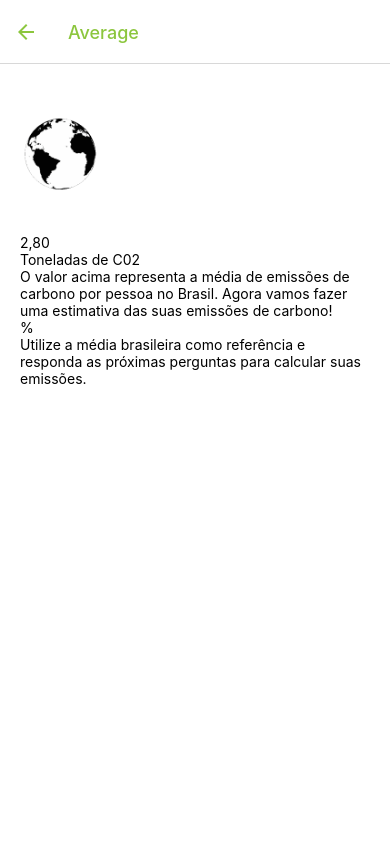
Repository: Yowani24/React_Native_App
Screen: /AverageEmission
The author's editor kept a copy of each file at every save. The screen is drawn from the files as they stood at one save, then again after the next save.
The app was drawn by React Native's web renderer in a window 390 px wide. The project was rebuilt for these pictures with package versions that can differ from the ones it lists, and the page was loaded fresh each time. Also part of the build but not shown: views/countryselect/CountrySelect.js.

Above is the screen before, as saved 2021-10-17 21:39:30.

### App.js
import React from 'react';
import { NavigationContainer } from '@react-navigation/native';
import { createNativeStackNavigator } from '@react-navigation/native-stack';

// =================screens=========================
import StartPage from './views/startpage/StartPage';
import CountrySelect from './views/countryselect/CountrySelect'
import AverageEmission from './views/average emission/AverageEmission';



const Stack = createNativeStackNavigator();

export default function App() {
  return (
    <NavigationContainer>
      <Stack.Navigator>
        <Stack.Screen name="Home" component={StartPage} options={{headerShown: false, headerTintColor:'red'}}/>
        <Stack.Screen name="Countryselect" component={CountrySelect} options={{headerTintColor:'#8cc63e', title: '', headerStyle:{headerTransparent: true}}} />
        <Stack.Screen name="AverageEmission" component={AverageEmission} options={{headerTintColor:'#8cc63e', title: 'Average', headerStyle:{headerTransparent: true}}} />
      </Stack.Navigator>
    </NavigationContainer>
  );
}

### views/startpage/StartPage.js
import { StatusBar } from 'expo-status-bar';
import React from 'react';
import { StyleSheet, Text, View, ImageBackground, Image, SafeAreaView, TouchableOpacity } from 'react-native';
const bg = require('./images/nature.jpg');
const globeima = require('./images/globe.gif');

export default function StartPage({ navigation }) {
  return (
    <SafeAreaView style={styles.container}>
      <ImageBackground source={bg} style={styles.wrapper}>
        <View style={styles.logo_box}>
          <Image style={styles.logo} source={globeima}/>
        </View>
        <Text style={styles.text}>Contribua para o {"\n"} meio ambiente agora</Text>
        <View style={styles.texts_box}>
          <Text style={styles.text2}>Calcule e compense sua pegada de carbono.</Text>
          <Text style={styles.text3}>Tome medidas climáticas imediats.</Text>
        </View>
        <View style={styles.continuar_btn_box}>
          <TouchableOpacity onPress={() => navigation.navigate('Countryselect')} style={styles.continuar_touch_box}>
            <Text style={styles.continuar_btn}>Continuar</Text>
          </TouchableOpacity>
        </View>
        <TouchableOpacity style={styles.pular_btn_box}>
          <Text style={styles.pular_btn_text}>Pular etapa e efetuar login</Text>
        </TouchableOpacity>
        <StatusBar style="auto" />
      </ImageBackground>
    </SafeAreaView>
  );
}

const styles = StyleSheet.create({
  container: {
    flex: 1,
    justifyContent: 'center',
    // marginHorizontal: 16,

  },
  wrapper:{
    flex: 1,
    backgroundColor: '#fff',
    paddingLeft:20,
    paddingRight:20

  },
  logo_box:{
    width:80,
    height:80,
    marginTop: 50,
    marginBottom:40
  },
  logo:{
    width: '100%',
    height: '100%'
  },
  text:{
    color:'white',
    fontSize: 28,
    fontWeight: 'bold'
  },
  texts_box:{
  },
  text2:{
    color:'white',
    fontSize: 15,
    marginTop: 20
  },
  text3:{
    color:'white',
    fontSize: 15,
    marginTop: 10
  },

  continuar_btn_box:{
    display:'flex',
    justifyContent: 'center',
    alignItems:'center',
    marginTop: 250
  },
  continuar_touch_box:{
    width:160,
    backgroundColor:'#8cc63e',
    borderRadius: 100,
    justifyContent: 'center',
    alignItems:'center',
  },
  continuar_btn:{
    color:'#FFFFFF',
    padding: 15,
    fontSize: 18,
  },
  pular_btn_box:{
    marginTop:15
  },
  pular_btn_text:{
    color:'#FFFFFF',
    textAlign:'center'
  }
});

### views/average emission/AverageEmission.js
import { StatusBar } from 'expo-status-bar';
import React from 'react';
import { StyleSheet, Text, View, ImageBackground, Image, SafeAreaView, TouchableOpacity } from 'react-native';
const bgIma = require('./images/globe.gif');
const logo = require('./images/globe2.gif')

export default function AverageEmission({ navigation }) {
  return (
    <SafeAreaView style={styles.container}>
      <ImageBackground source={bgIma} style={styles.wrapper}>
            <View>
                <View style={styles.logo_box}>
                    <Image style={styles.logo} source={logo}/>
                </View>

                <View>
                    <Text>2,80</Text>
                    <Text>Toneladas de C02</Text>
                </View>

                <View>
                    <Text>O valor acima representa a média de emissões de carbono por pessoa no Brasil. Agora vamos fazer uma estimativa das suas emissões de carbono!</Text>
                </View>

                <View>
                    <Text>%</Text>
                </View>

                <Text>Utilize a média brasileira como referência e responda as próximas perguntas para calcular suas emissões.</Text>
          </View>
      </ImageBackground>
    </SafeAreaView>
  );
}

const styles = StyleSheet.create({
  container: {
    flex: 1,
    justifyContent: 'center',
    // marginHorizontal: 16,

  },
  wrapper:{
    flex: 1,
    backgroundColor: '#fff',
    paddingLeft:20,
    paddingRight:20

  },
  logo_box:{
    width:80,
    height:80,
    marginTop: 50,
    marginBottom:40
  },
  logo:{
    width: '100%',
    height: '100%'
  },
});

After the next save:
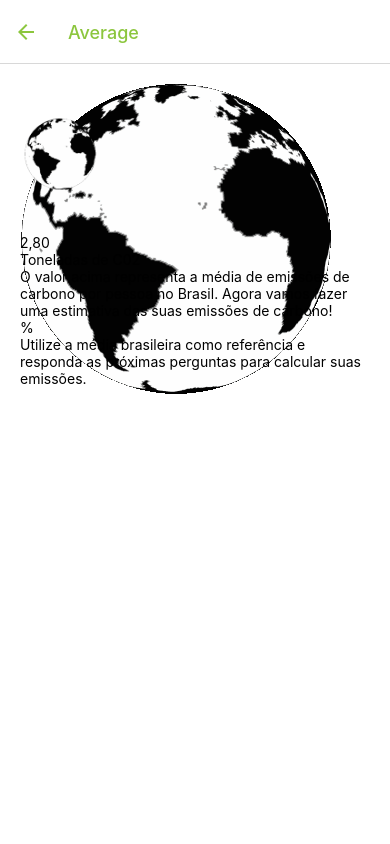
Saved 5 s later.
--- a/views/average emission/AverageEmission.js
+++ b/views/average emission/AverageEmission.js
@@ -1,7 +1,7 @@
 import { StatusBar } from 'expo-status-bar';
 import React from 'react';
 import { StyleSheet, Text, View, ImageBackground, Image, SafeAreaView, TouchableOpacity } from 'react-native';
-const bgIma = require('./images/globe.gif');
+const bgIma = require('./images/globe2.gif');
 const logo = require('./images/globe2.gif')
 
 export default function AverageEmission({ navigation }) {
